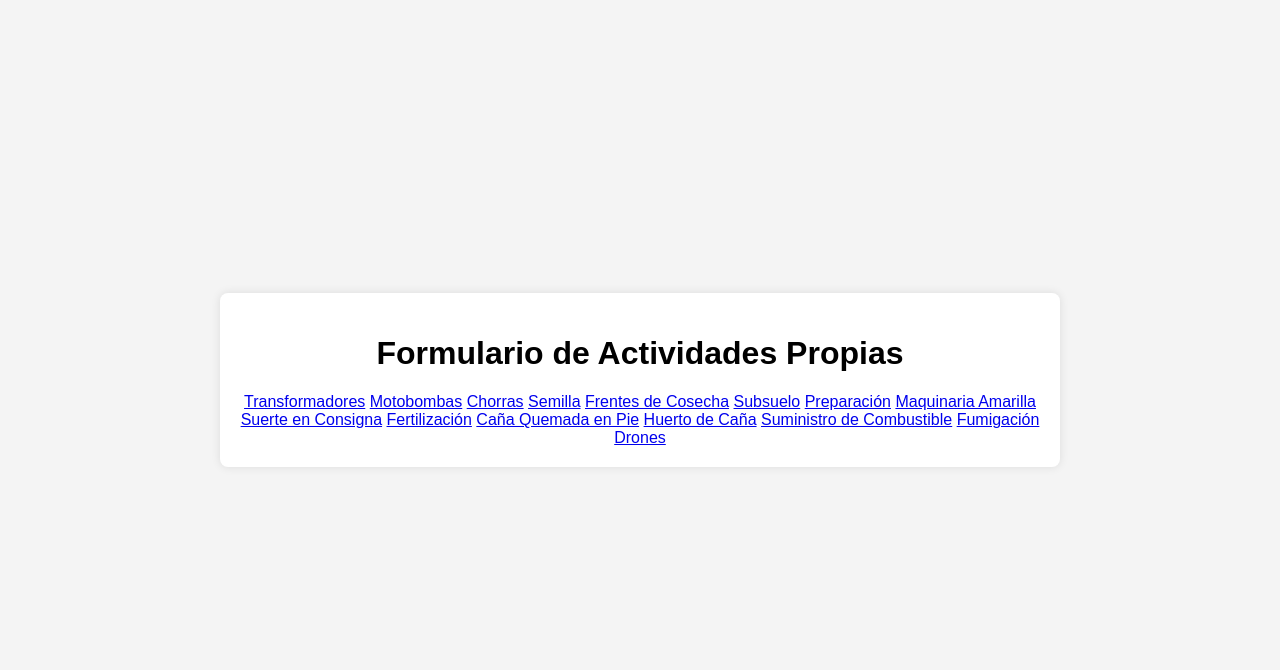
Repository: tayuanlogua/prototipo-de-control-de-accesos
Page: Patrullas/src/actividadespropias.html
The author's editor kept a copy of each file at every save. The page is drawn from the files as they stood at one save, then again after the next save.
The browser window is 1280 px wide. The pictures show the whole page.

Above is the page before, as saved 2024-08-20 14:49:18.

### Patrullas/src/actividadespropias.html
<!DOCTYPE html>
<html lang="es">
  <head>
    <meta charset="UTF-8" />
    <meta name="viewport" content="width=device-width, initial-scale=1.0" />
    <title>Formulario de Actividades Propias</title>
    <link rel="stylesheet" href="styles.css" />
  </head>
  <body>
    <div class="form-container">
      <h1>Formulario de Actividades Propias</h1>
      <div class="activities-links">
        <a href="transformadores.html" class="activity-link">Transformadores</a>
        <a href="motobombas.html" class="activity-link">Motobombas</a>
        <a href="chorras.html" class="activity-link">Chorras</a>
        <a href="semilla.html" class="activity-link">Semilla</a>
        <a href="frentes-de-cosecha.html" class="activity-link"
          >Frentes de Cosecha</a
        >
        <a href="subsuelo.html" class="activity-link">Subsuelo</a>
        <a href="preparacion.html" class="activity-link">Preparación</a>
        <a href="maquinaria-amarilla.html" class="activity-link"
          >Maquinaria Amarilla</a
        >
        <a href="suerte-en-consigna.html" class="activity-link"
          >Suerte en Consigna</a
        >
        <a href="fertilizacion.html" class="activity-link">Fertilización</a>
        <a href="cana-quemada-en-pie.html" class="activity-link"
          >Caña Quemada en Pie</a
        >
        <a href="huerto-de-cana.html" class="activity-link">Huerto de Caña</a>
        <a href="suministro-de-combustible.html" class="activity-link"
          >Suministro de Combustible</a
        >
        <a href="fumigacion.html" class="activity-link">Fumigación</a>
        <a href="drones.html" class="activity-link">Drones</a>
      </div>
    </div>
  </body>
</html>

### Patrullas/src/styles.css
/* Estilos generales para el body */
body {
  font-family: Arial, sans-serif;
  background-color: #f4f4f4;
  margin: 0;
  padding: 0;
  display: flex;
  flex-direction: column;
  align-items: center;
  justify-content: center;
  min-height: 100vh;
  text-align: center;
}

/* Estilos para el header */
header,
.header {
  background-color: #ffd200; /* Fondo amarillo */
  color: white;
  padding: 20px 10px; /* Corregido el padding */
  width: 100%;
  text-align: center;
  position: fixed;
  top: 0;
  left: 0;
  z-index: 1000;
  border-bottom: 2px solid #ccc;
}

/* Estilo para el logo en el header general */
.logo img {
  width: 100px; /* Ajuste del tamaño del logo general */
  margin-bottom: 10px;
}

/* Estilo para el logo en el formulario de inicio de sesión */
.login-logo {
  width: 130px; /* Tamaño reducido del logo solo en el formulario de inicio de sesión */
}

/* Estilos para el contenedor de login */
.login-container {
  background-color: #fff;
  padding: 30px;
  border-radius: 8px;
  box-shadow: 0 2px 10px rgba(0, 0, 0, 0.1);
  margin-top: 100px; /* Aumentado el margen superior */
  text-align: center;
  width: 300px;
}

/* Estilos para el formulario de inicio de sesión */
#login-form {
  display: flex;
  flex-direction: column;
  gap: 15px;
}

#login-form label {
  font-weight: bold;
  color: #333;
}

#login-form input {
  padding: 10px;
  border: 1px solid #ddd;
  border-radius: 4px;
  font-size: 16px;
}

#login-form button {
  padding: 10px;
  background-color: #ffd200;
  color: white;
  border: none;
  border-radius: 4px;
  cursor: pointer;
  font-size: 16px;
  transition: background-color 0.3s ease; /* Transición para el hover */
}

#login-form button:hover {
  background-color: #003399;
}

/* Contenedor central para los iconos */
.iconos-container {
  display: flex;
  justify-content: center;
  align-items: center;
  flex-wrap: wrap;
  margin-top: 120px; /* Mantener este margen superior */
}

/* Estilos para el contenedor de cada icono */
.icono {
  background-color: white;
  padding: 20px;
  border-radius: 10px;
  box-shadow: 0 2px 5px rgba(0, 0, 0, 0.1);
  width: 150px;
  margin: 20px; /* Mantener el margen */
  text-align: center;
  vertical-align: top;
  border: 3px solid #ffd200; /* Borde amarillo para cada icono */
}

.icono img {
  width: 80px;
  height: 80px;
  border-radius: 10px;
}

.icono p {
  margin-top: 10px;
  font-weight: bold;
  color: #333;
  font-size: 16px;
}

.icono a {
  text-decoration: none;
  color: inherit;
  display: block;
  font-size: 16px;
  font-weight: bold;
}

.icono a:hover {
  color: #003399; /* Ajustado el color hover */
}

/* Ajuste de la posición del formulario */
.form-container {
  width: 80%;
  max-width: 800px;
  padding: 20px;
  background-color: #fff;
  border-radius: 8px;
  box-shadow: 0 0 10px rgba(0, 0, 0, 0.1);
  text-align: center;
  margin-top: 40px; /* Mantener el margen superior */
}

After the next save:
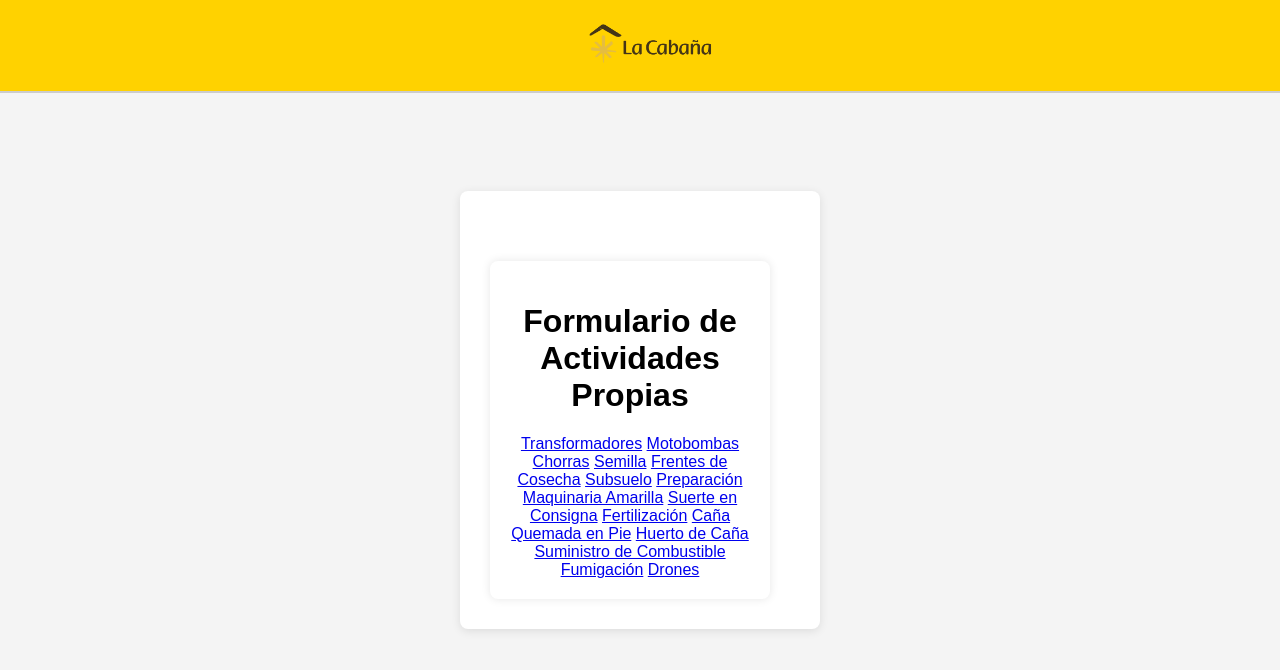
Saved 33 s later.
--- a/Patrullas/src/actividadespropias.html
+++ b/Patrullas/src/actividadespropias.html
@@ -7,6 +7,10 @@
     <link rel="stylesheet" href="styles.css" />
   </head>
   <body>
+    <header class="header">
+        <img src="imagenes/LOGO.png" alt="Logo" class="logo login-logo" />
+      </header>
+      <div class="login-container">
     <div class="form-container">
       <h1>Formulario de Actividades Propias</h1>
       <div class="activities-links">
